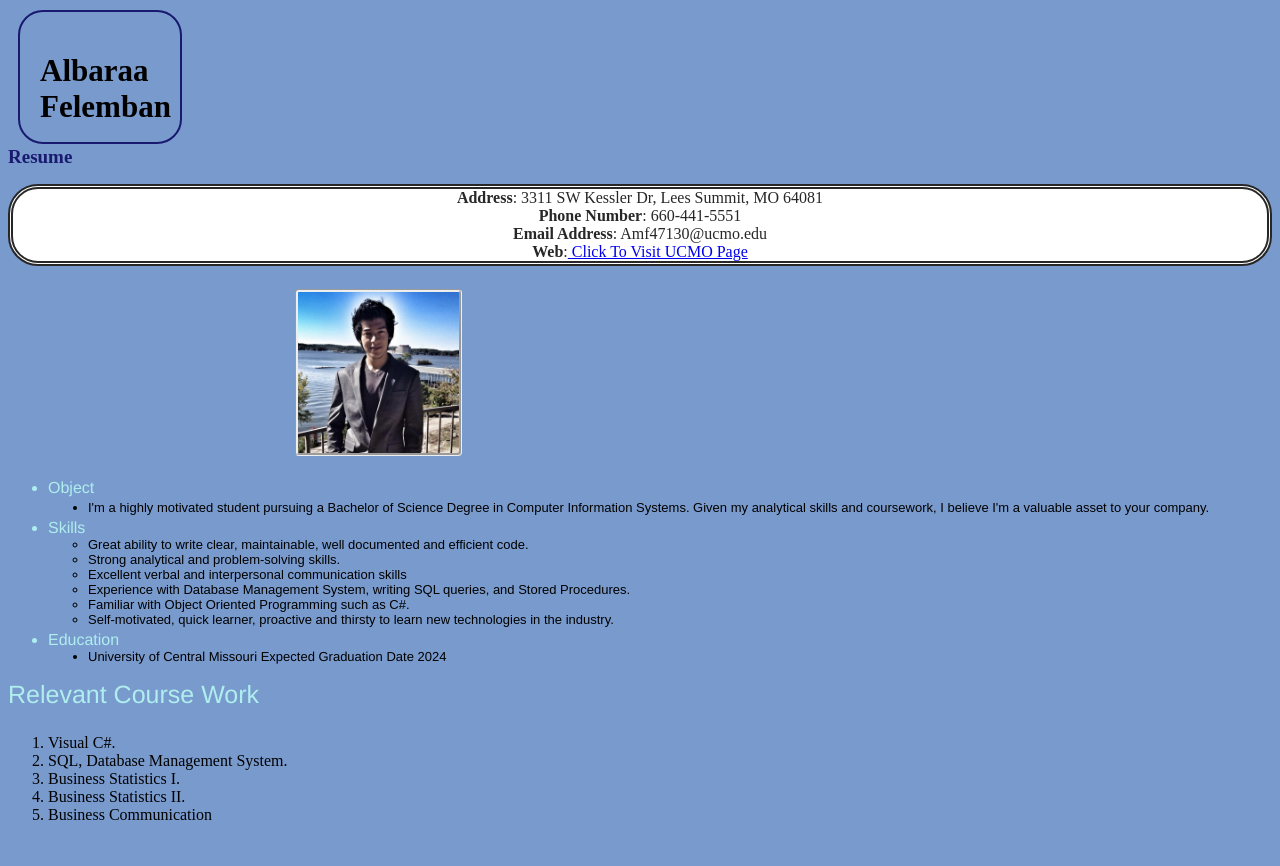
Repository: MrFelemban/RealEstate_Web-cis2625
Page: lesson1/index.html
The author's editor kept a record of every edit. The page is drawn from the files as they stood at one moment, then again after the next edit.
The browser window is 1280 px wide. The pictures show the whole page.

Above is the page before.

After the next edit:
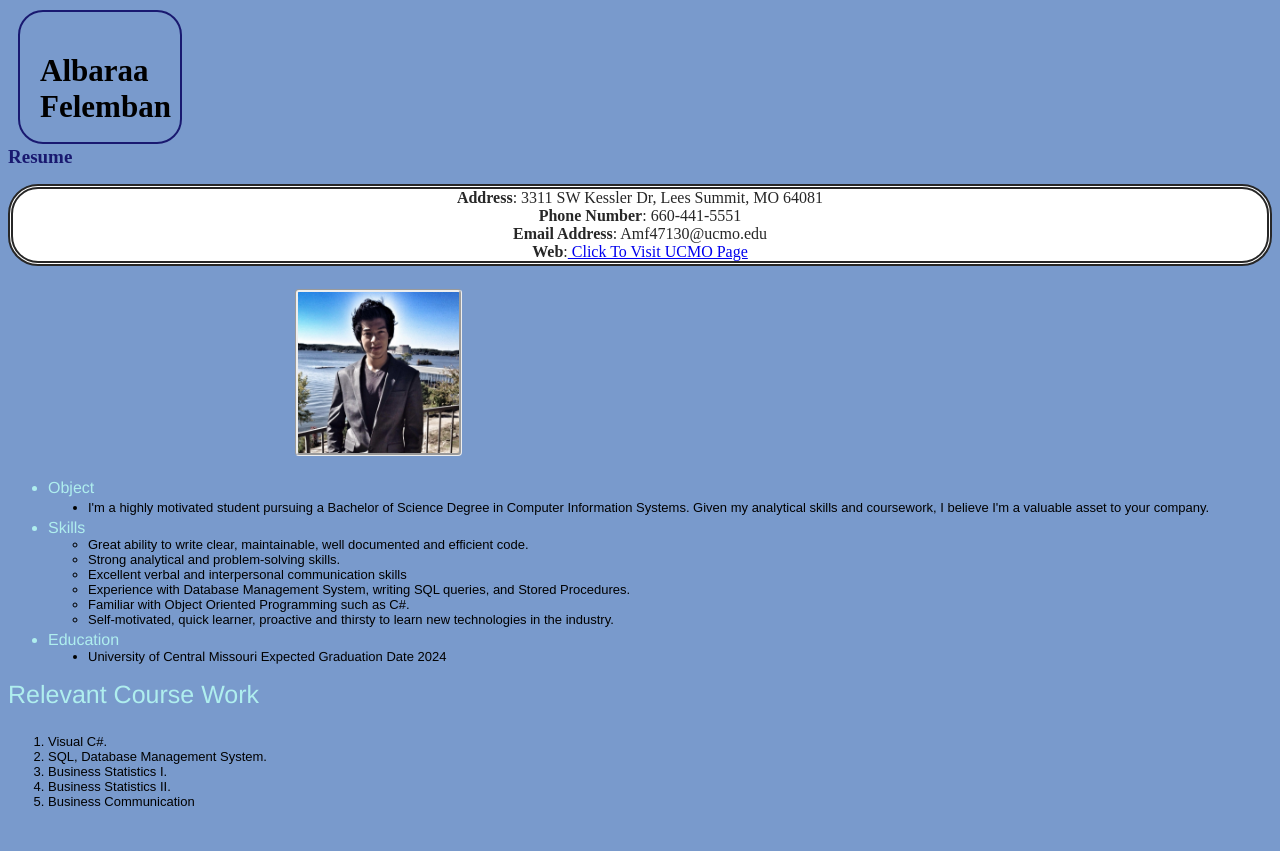
The edit:
--- a/lesson1/index.html
+++ b/lesson1/index.html
@@ -49,6 +49,7 @@
 	</ul>
 	<p class="Subject">Relevant Course Work </p>
 	<ol>
+		<div class="Course_Work">
 		<li>Visual C#.</li>
 		<li>SQL, Database Management System.</li>
 		<li>Business Statistics I.</li>
